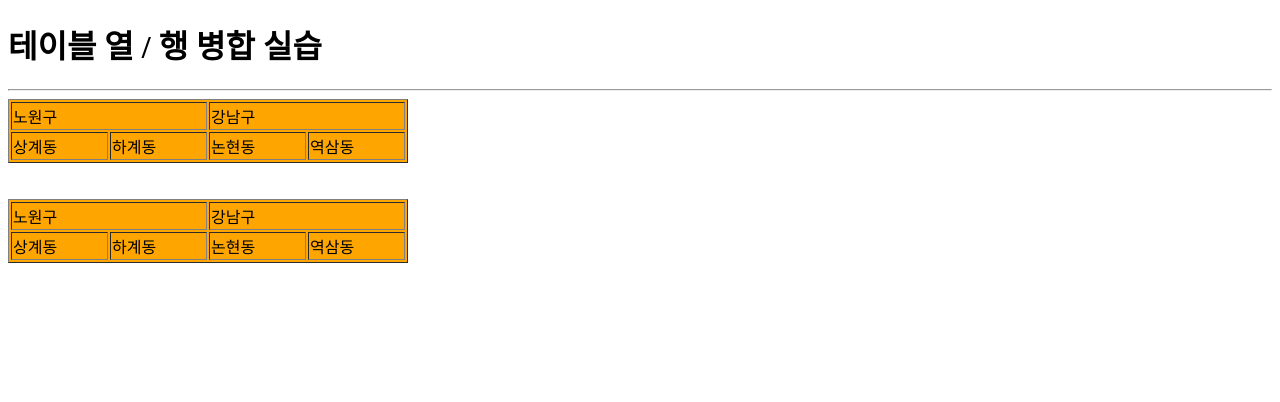
Repository: jp0301/WebStudy
Page: WebApp01/WebContent/Test012.html
These files come from the project's save history. The page is drawn as it stood at one moment and after the next save; the edit follows.
The browser window is 1280 px wide. The pictures show the whole page.

Above is the page before, as saved 2022-09-27 02:33:14.

After the next save:
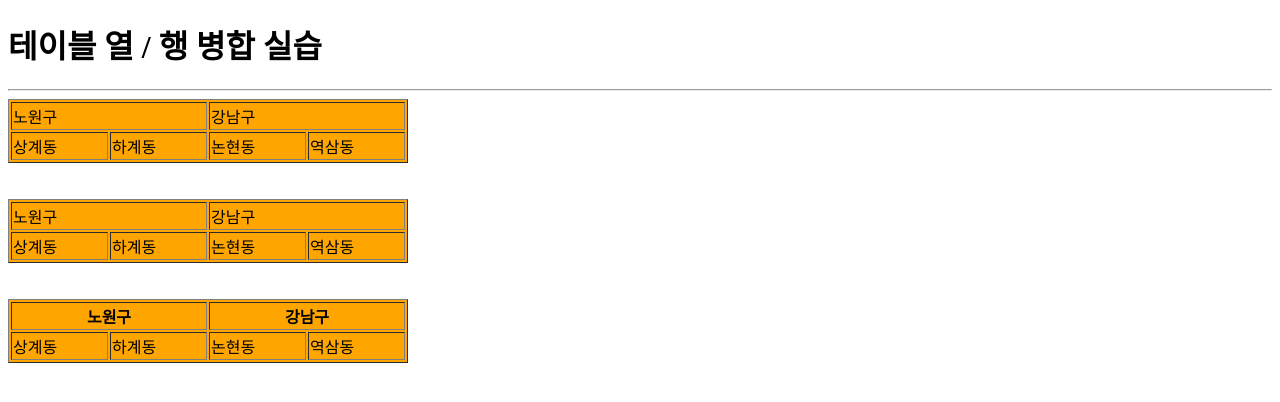
Saved 42 s later.
--- a/WebApp01/WebContent/Test012.html
+++ b/WebApp01/WebContent/Test012.html
@@ -41,6 +41,23 @@
 				<td>역삼동</td>
 			</tr>
 		</table>
+		<br><br>
+
+		<!--  th 셀의 활용 -->
+		<table border="1" bgcolor="orange" width="400">
+
+			<tr>
+				<th colspan="2">노원구</th>
+				<th colspan="2">강남구</th>
+			</tr>
+			<tr>
+				<td>상계동</td>
+				<td>하계동</td>
+				<td>논현동</td>
+				<td>역삼동</td>
+			</tr>
+		</table>
+		<br><br>
 	</div>
 
 </body>
